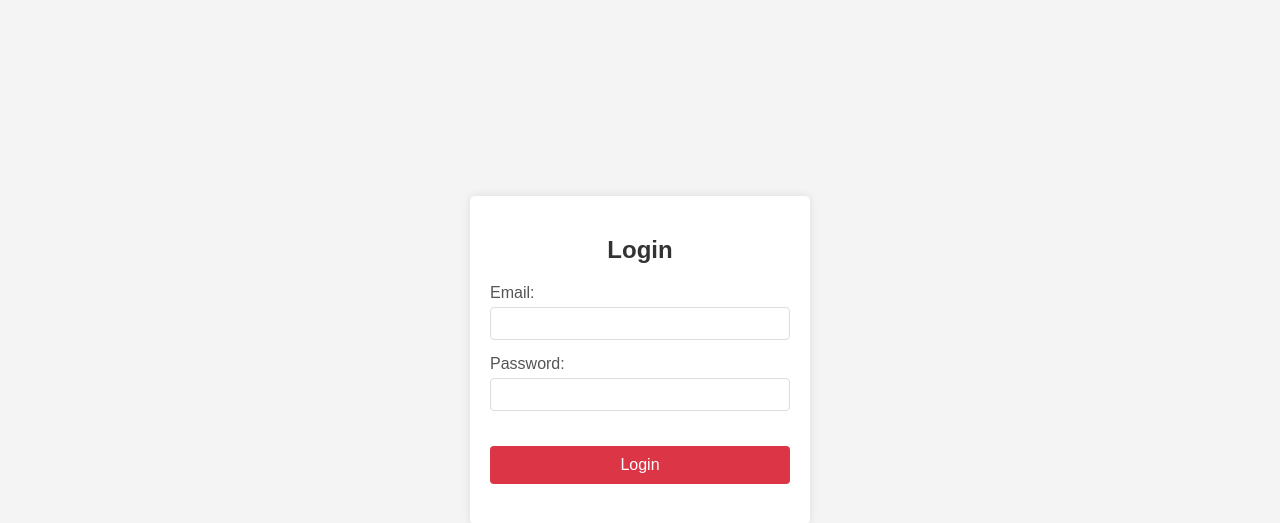
Repository: vinayakGarudi2002/swabhavTrainingProjects
Page: http://localhost/01_banking_application/login.jsp
These files come from the project's save history. The page is drawn as it stood at one moment and after the next save; the edit follows.
The browser window is 1280 px wide. The pictures show the whole page.
The page is served by Tomcat 9.

Above is the page before, as saved 2024-08-12 06:32:37.

After the next save:
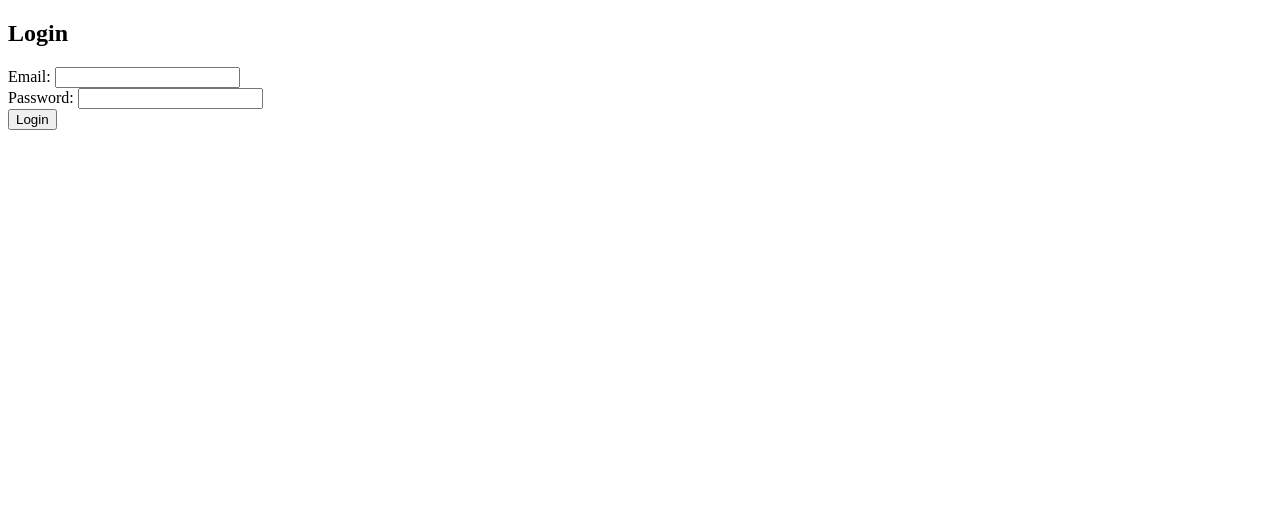
Saved 3 min 51 s later.
--- a/01_banking_application/WebContent/login.jsp
+++ b/01_banking_application/WebContent/login.jsp
@@ -4,7 +4,7 @@
 <head>
     <meta charset="UTF-8">
     <title>Login - Banking App</title>
-    <link rel="stylesheet" type="text/css" href="static/css/styles.css">
+
 </head>
 <body>
     <div class="login-container">
